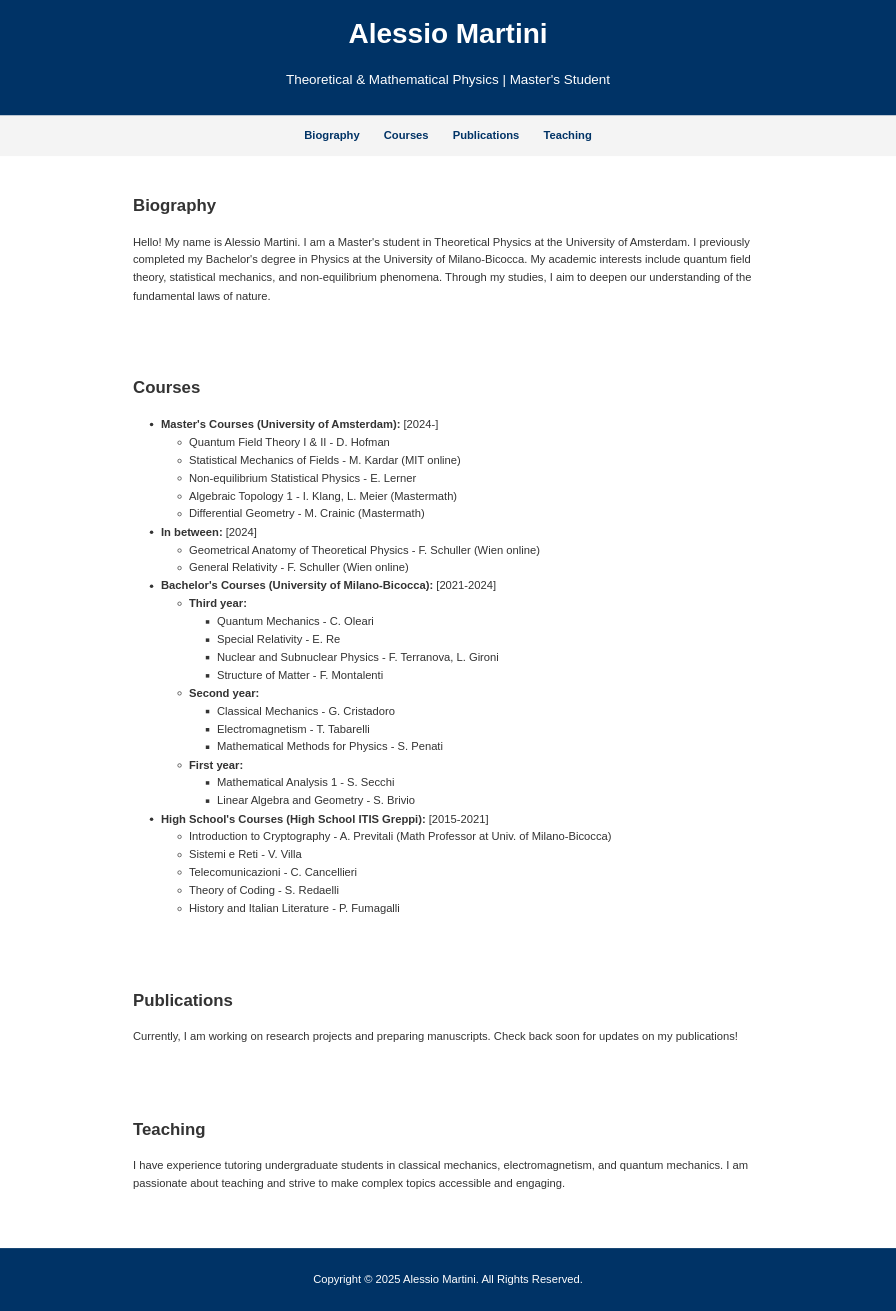
Repository: alessiomartini/alessiomartini.github.io
Page: index.html
These files come from the project's save history. The page is drawn as it stood at one moment and after the next save; the edit follows.
The browser window is 1280 px wide. The pictures show the whole page, at 70% of full size.

Above is the page before, as saved 2025-01-17 18:59:08.

After the next save:
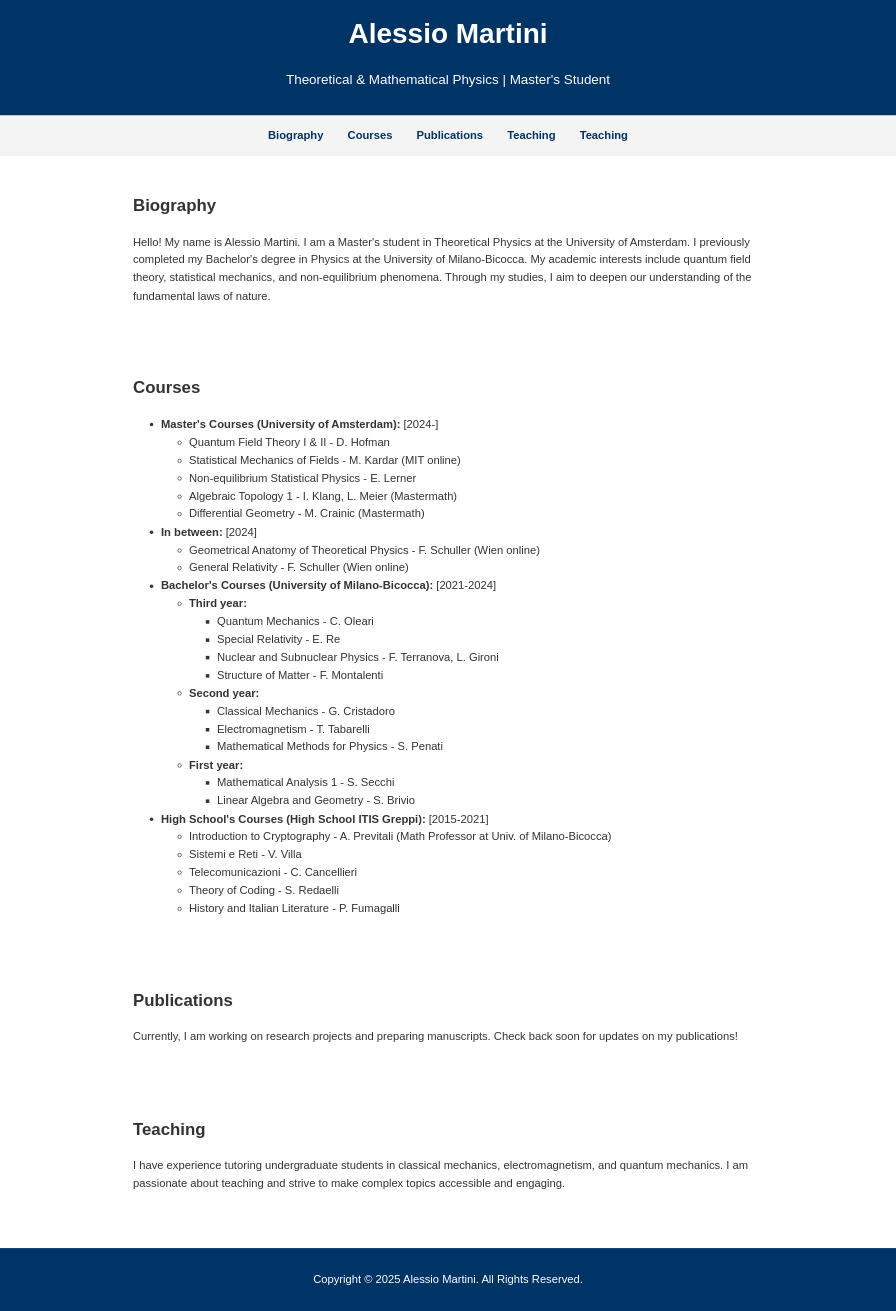
Saved 71 s later.
--- a/index.html
+++ b/index.html
@@ -71,6 +71,8 @@
     <a href="#courses">Courses</a>
     <a href="#publications">Publications</a>
     <a href="#teaching">Teaching</a>
+    <a href="#teaching">Teaching</a>
+
 </nav>
 
 <section id="biography" class="container">
